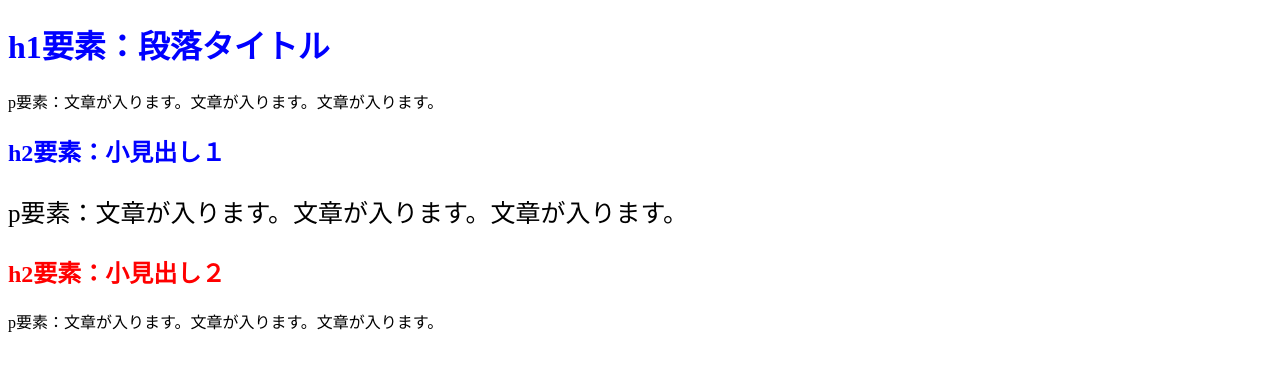
Repository: komikomi650/samurai_HTML-CSS
Page: samurai1/index.html
The author's editor kept a record of every edit. The page is drawn from the files as they stood at one moment, then again after the next edit.
The browser window is 1280 px wide. The pictures show the whole page.

Above is the page before.

### samurai1/index.html
<!DOCTYPE html>
<html lang="en">
<head>
    <meta charset="UTF-8">
    <title>HTML/CSSの学習</title>
    <!-- stylesheet.cssの読み込み-->
    <link rel="stylesheet" href="stylesheet.css">
    <style>
        .red {
            color: red;
        }
        .blue {
            color: blue;
        }
    </style>
</head>
<body>
    <h1 class="blue">h1要素：段落タイトル</h1>
    <p>p要素：文章が入ります。文章が入ります。文章が入ります。</p>
    <h2 class="blue">h2要素：小見出し１</h2>
    <p class="fs-25">p要素：文章が入ります。文章が入ります。文章が入ります。</p>
    <h2 class="red">h2要素：小見出し２</h2>
    <p style="fw-bold;">p要素：文章が入ります。文章が入ります。文章が入ります。</p>
</body>
</html>

### samurai1/stylesheet.css
@charset "utf-8";

#red {
    color: red;
}
.blue {
    color: blue;
}
.fs-25 {
    font-size: 25px;
}
.fw-bold {
    font-weight: bold;
}

After the next edit:
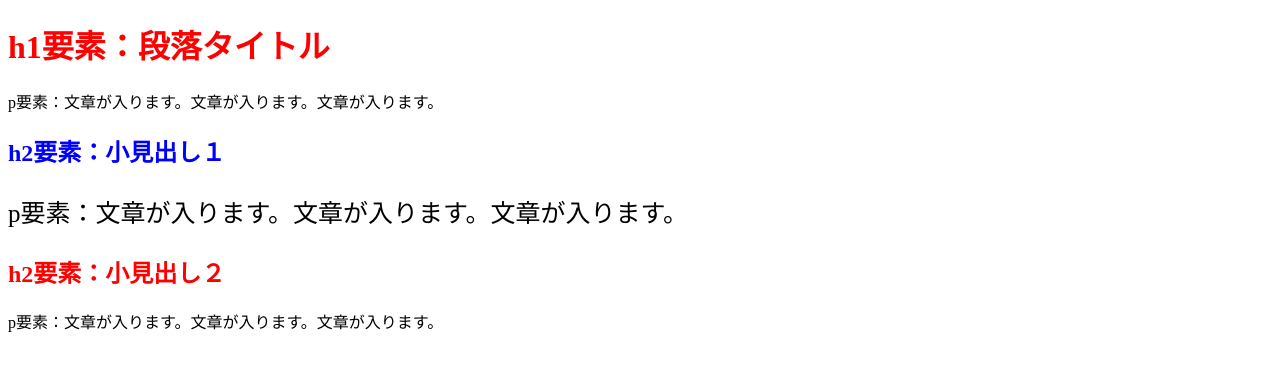
The edit:
--- a/samurai1/index.html
+++ b/samurai1/index.html
@@ -15,7 +15,7 @@
     </style>
 </head>
 <body>
-    <h1 class="blue">h1要素：段落タイトル</h1>
+    <h1 class="red">h1要素：段落タイトル</h1>
     <p>p要素：文章が入ります。文章が入ります。文章が入ります。</p>
     <h2 class="blue">h2要素：小見出し１</h2>
     <p class="fs-25">p要素：文章が入ります。文章が入ります。文章が入ります。</p>
